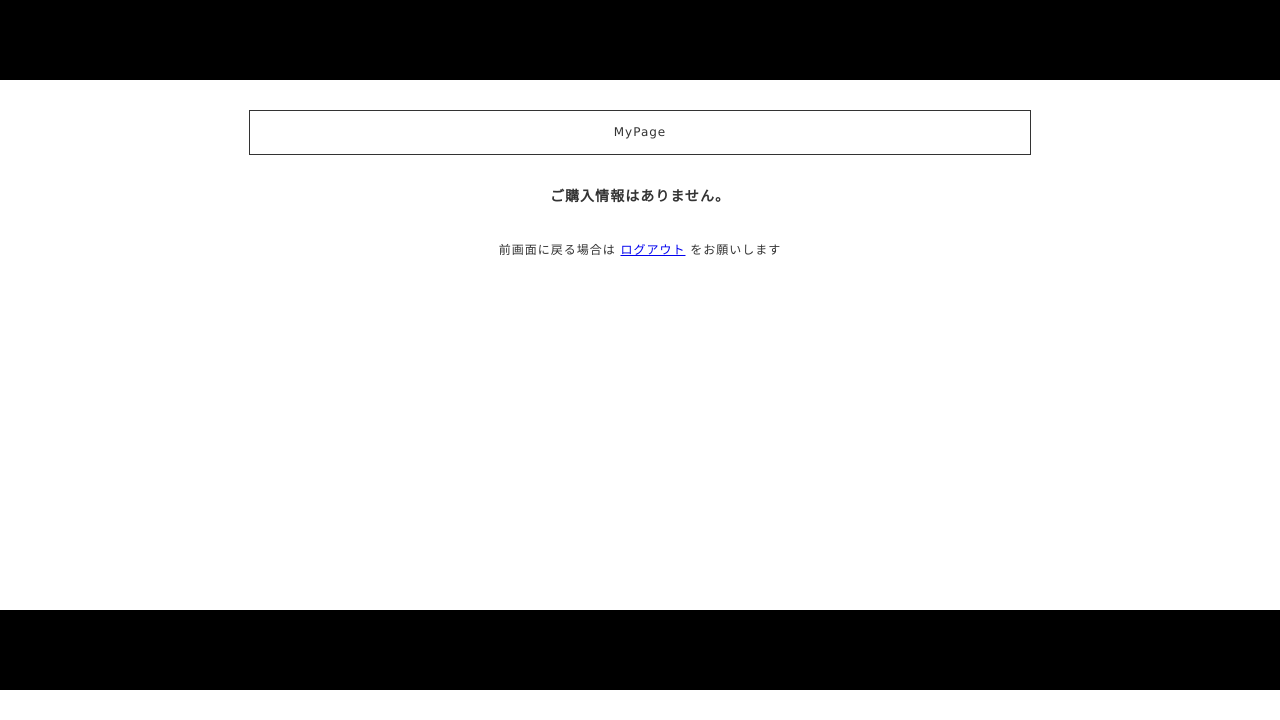
Repository: fujita0830/learning
Page: http://localhost/ecsite/myPage.jsp
These files come from the project's save history. The page is drawn as it stood at one moment and after the next save; the edit follows.
The browser window is 1280 px wide. The pictures show the whole page.
The page is served by Tomcat 9.

Above is the page before, as saved 2019-01-16 05:06:31.

After the next save:
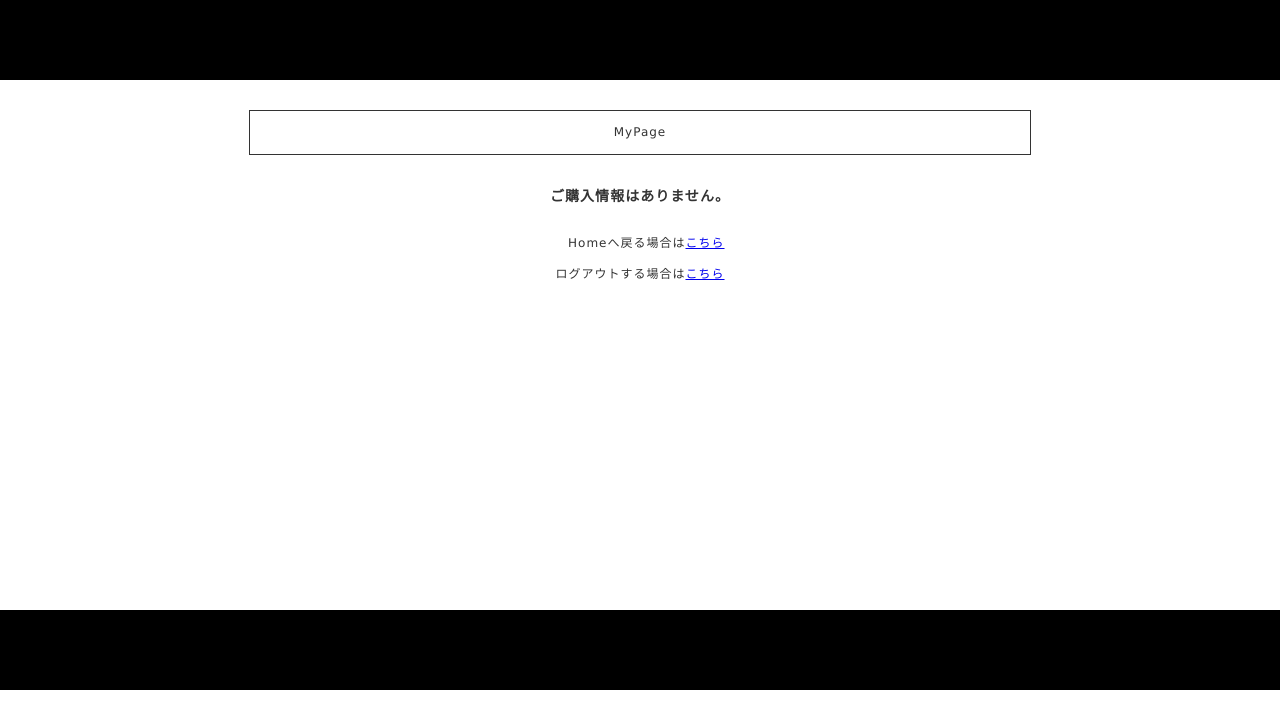
Saved 31 min 4 s later.
--- a/ecsite/WebContent/myPage.jsp
+++ b/ecsite/WebContent/myPage.jsp
@@ -103,7 +103,6 @@
 							<td><s:property value="insert_date"/></td>
 						</tr>
 					</s:iterator>
-
 					</table>
 					<s:form action="MyPageAction">
 						<input type="hidden" name="deleteFlg" value="1">
@@ -111,15 +110,12 @@
 					</s:form>
 				</s:elseif>
 
-				<s:if test="session.message!=null">
-					<h3><s:property value="session.message"/></h3>
+				<s:if test="message !=null">
+					<h3><s:property value="message"/></h3>
 				</s:if>
-					<div>
-							<br>
-							<span>前画面に戻る場合は</span>
-							<a href='<s:url action="HomeAction"/>'>ログアウト</a>
-							<span>をお願いします</span>
-
+					<div id="text-right">
+						<p>Homeへ戻る場合は<a href='<s:url action="GoHomeAction"/>'>こちら</a></p>
+						<p>ログアウトする場合は<a href='<s:url action="LogoutAction"/>'>こちら</a></p>
 					</div>
 
 			</div>
